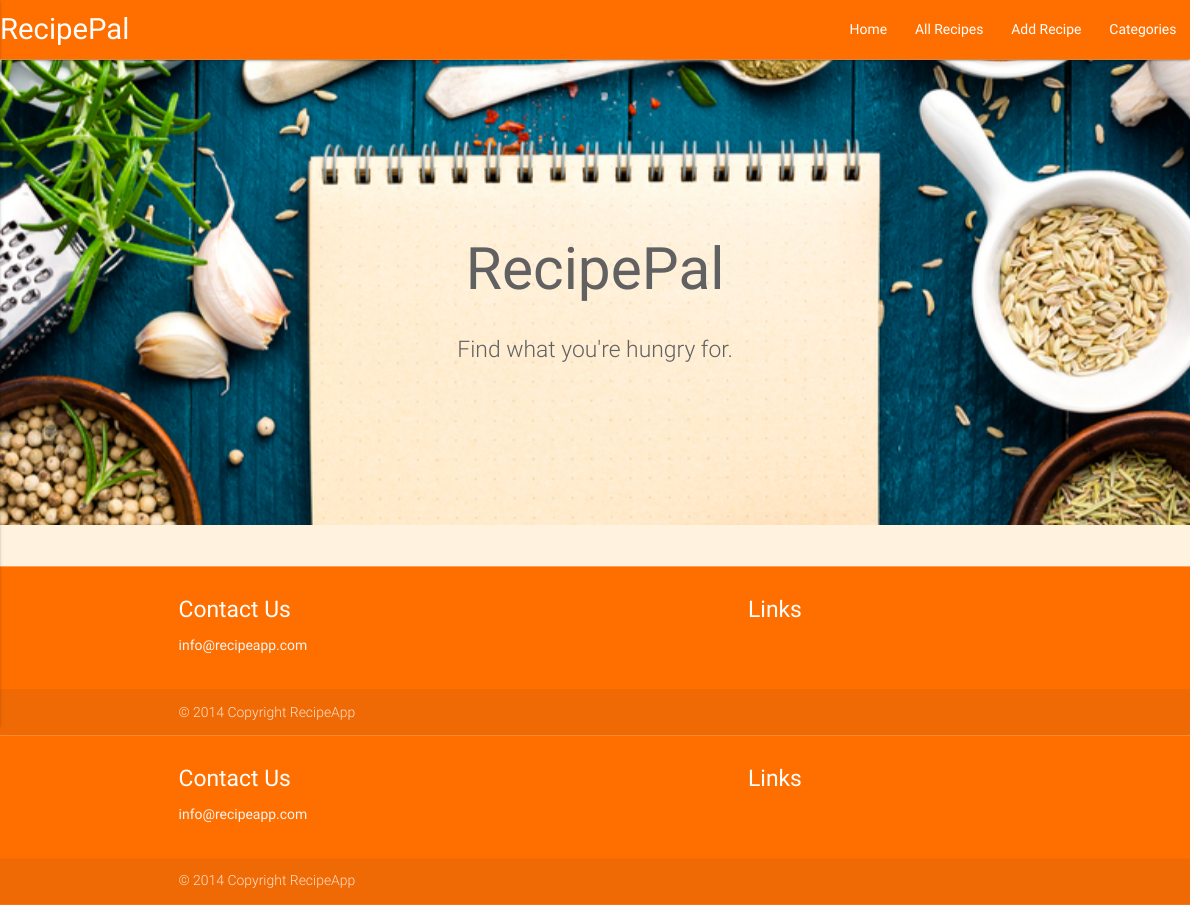
Repository: darhewitt/recipe-app-gp
Page: templates/recipes.html
The author's editor kept a record of every edit. The page is drawn from the files as they stood at one moment, then again after the next edit.
The browser window is 1280 px wide. The pictures show the whole page, at 93% of full size.
Some web libraries are served in a nearby version. The page is served by the project's application, run on Flask 3 (app.py). The template is opened directly, without the code that normally fills it, so the values that code supplies are empty.

Above is the page before.
Console error: ReferenceError: $ is not defined

### templates/recipes.html
{% extends 'base.html'%} {% block content %}


<div id="index-banner" class="parallax-container valign-wrapper">
  <div class="section no-pad-bot">
    <div class="container valign">
      <br><br>
      <h1 class="header center grey-text text-darken-2">RecipePal</h1>
      <div class="row center">
        <h5 class="header col s12 light grey-text text-darken-2">Find what you're hungry for.</h5>
      </div>
      <br><br>

    </div>
  </div>
  <div class="parallax"><img src="{{url_for('static', filename='images/cookbook.jpg')}}" alt="Unsplashed background img 2"></div>
</div>

<div class="container" id="startPosts">
  <br>
  <br> {% for recipe in recipes %}
  <div class="col s12 m7">
    <h2 class="header">{{recipe.recipe_name}}</h2>
    <div class="card horizontal">
      <div class="card-image">
        <a href="{{url_for( 'read_recipe', recipe_id=recipe._id)}}" class="collection-item black-text"><img src="{{recipe.image_link}}"></a>
      </div>
      <div class="card-stacked">
        <div class="card-content">
          <p>{{recipe.recipe_description}}</p>
        </div>
        <div class="card-action">
          <a href="{{url_for( 'read_recipe', recipe_id=recipe._id)}}" class="collection-item black-text">View Recipe</a>
        </div>
      </div>
    </div>
  </div>
  <br> {% endfor %}

  <div class="col s12 m10 offset-m1 l9 offset-l1 ">
  </div>
</div>
</div>

<footer class="page-footer amber darken-4">
  <div class="container">
    <div class="row">
      <div class="col l6 s12">
        <h5 class="white-text">Contact Us</h5>
        <p class="grey-text text-lighten-4">info@recipeapp.com</p>
      </div>
      <div class="col l4 offset-l2 s12">
        <h5 class="white-text">Links</h5>

      </div>
    </div>
  </div>
  <div class="footer-copyright">
    <div class="container">
      © 2014 Copyright RecipeApp
    </div>
  </div>
</footer>

<!--  Scripts-->

<script>
  $('.head-link').click(function(e) {
    e.preventDefault();

    var goto = $(this).attr('href');
    $('html, body').animate({
      scrollTop: $(goto).offset().top
    }, 800);
  });
</script>

{% endblock %}

### templates/base.html
<!DOCTYPE html>
<html>

<head>
    <link href="{{url_for('static', filename='css/style.css')}}" type="text/css" rel="stylesheet" media="screen,projection" />
    <link href="https://fonts.googleapis.com/icon?family=Material+Icons" rel="stylesheet">
    <link rel="stylesheet" href="https://cdnjs.cloudflare.com/ajax/libs/materialize/0.100.2/css/materialize.min.css">
</head>

<header>
    <nav class="amber darken-4">
        <div class="nav-wrapper">
            <a href="{{url_for('get_recipes')}}" class="brand-logo">RecipePal</a>
            <a href="" data-activates="mobile-demo" class="button-collapse"><i class="material-icons">menu</i></a>
            <ul id="nav-mobile" class="right hide-on-med-and-down">

                <li><a href="{{url_for('get_recipes')}}">Home</a></li>
                <li><a href="{{url_for('get_all_recipes')}}">All Recipes </a></li>
                <li><a href="{{url_for('add_recipe')}}">Add Recipe</a></li>
                <li><a href="{{url_for('get_categories')}} ">Categories</a></li>


            </ul>
            <ul class="side-nav" id="mobile-demo">
                <li><a href="{{url_for('get_recipes')}}">Home</a></li>
                <li><a href="{{url_for('get_all_recipes')}}">All Recipes </a></li>
                <li><a href="{{url_for('add_recipe')}}">Add Recipe</a></li>
                <li><a href="{{url_for('get_categories')}} ">Categories</a></li>

            </ul>
        </div>
    </nav>
</header>

<body>
    {% block content %} {% endblock %}
    <script src="https://cdnjs.cloudflare.com/ajax/libs/jquery/3.2.1/jquery.min.js "></script>
    <script src="https://cdnjs.cloudflare.com/ajax/libs/materialize/0.100.2/js/materialize.min.js "></script>
    <script type="text/javascript ">
        $(document).ready(function() {
            $('.collapsible').collapsible();
            $('select').material_select();
            $('.materialboxed').materialbox();
            $('.parallax').parallax();
            $(".button-collapse").sideNav();
        });
    </script>
</body>

<footer class="page-footer amber darken-4">
    <div class="container">
        <div class="row">
            <div class="col l6 s12">
                <h5 class="white-text">Contact Us</h5>
                <p class="grey-text text-lighten-4">info@recipeapp.com</p>
            </div>
            <div class="col l4 offset-l2 s12">
                <h5 class="white-text">Links</h5>

            </div>
        </div>
    </div>
    <div class="footer-copyright">
        <div class="container">
            © 2014 Copyright RecipeApp
        </div>
    </div>
</footer>

</html>

### app.py
import os
from flask import Flask, render_template, redirect, request, url_for
from flask_pymongo import PyMongo
from bson.objectid import ObjectId

app = Flask(__name__)
app.config["MONGO_DBNAME"] = 'recipes_app'
app.config["MONGO_URI"] = 'mongodb://dhewitt:Apple1991@myfirstcluster-shard-00-00-t0occ.mongodb.net:27017,myfirstcluster-shard-00-01-t0occ.mongodb.net:27017,myfirstcluster-shard-00-02-t0occ.mongodb.net:27017/recipes_app?ssl=true&replicaSet=myFirstCluster-shard-0&authSource=admin&retryWrites=true&w=majority'

mongo = PyMongo(app)


@app.route('/')
@app.route('/get_recipes')
def get_recipes():
    return render_template("recipes.html", recipes=mongo.db.recipes.find())

@app.route('/add_recipe')
def add_recipe():
    return render_template('addrecipe.html',
    cuisine=mongo.db.cuisine.find())

@app.route('/insert_recipe', methods=['POST'])
def insert_recipe():
    recipes = mongo.db.recipes
    recipes.insert_one(request.form.to_dict())
    return redirect(url_for('get_recipes'))

@app.route('/edit_recipe/<recipe_id>')
def edit_recipe(recipe_id):
    the_recipe = mongo.db.recipes.find_one({"_id": ObjectId(recipe_id)})
    all_cuisine = mongo.db.cuisine.find()
    return render_template('editrecipe.html', recipe=the_recipe, cuisine=all_cuisine)


if __name__ == '__main__':
    app.run(host=os.environ.get('IP'),
            port=int(os.environ.get('PORT')),
            debug=True)

### static/css/style.css
.edit-button {
    height: 24px;
    width: 90px;
    margin: 5px 5 px;
    padding: 0 0 5em;
}

.parallax-container {
    min-height: 300px;
    line-height: 0;
    height: auto;
    color: rgba(255, 255, 255, .9);
}

.parallax-container .section {
    width: 100%;
}

@media only screen and (max-width: 992px) {
    .parallax-container .section {
        position: absolute;
        top: 30%;
    }
    #index-banner .section {
        top: 10%;
    }
}

@media only screen and (max-width: 600px) {
    #index-banner .section {
        top: 0;
    }
}

.btn_small {
    height: 24px;
    width: 60px;
    line-height: 24px;
    margin: 5px 5px;
    padding: 0 0.5em;
}

.task_header {
    margin-top: 10px;
    margin-left: 30px;
}

.btn.btn_small {
    padding: 0 0 0;
}

.edit-button {
    margin-left: 50em;
}

.title {
    font-size: xx-large
}

body {
    background-color: #fff3e0;
}

After the next edit:
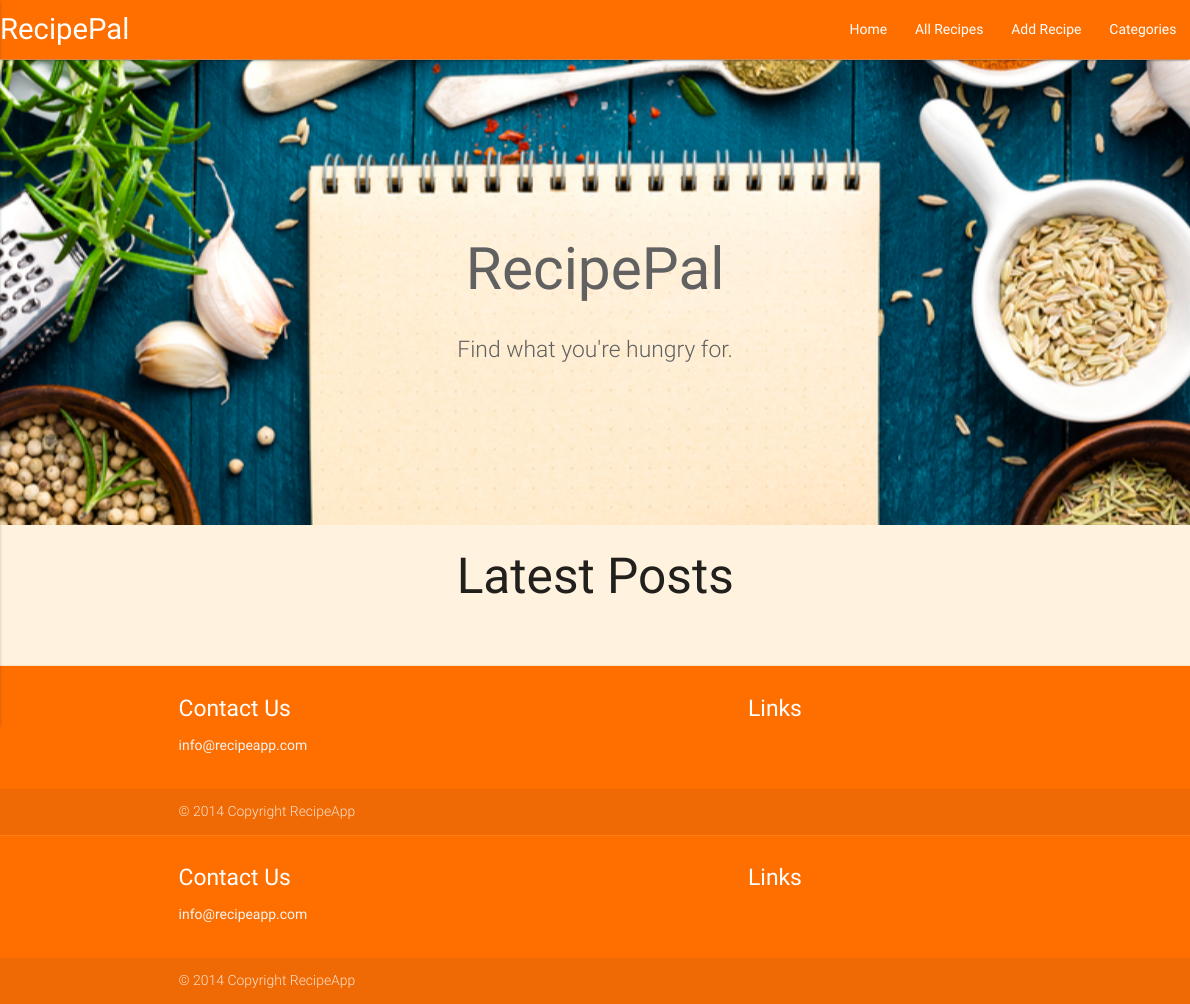
The edit:
--- a/templates/recipes.html
+++ b/templates/recipes.html
@@ -15,7 +15,9 @@
   </div>
   <div class="parallax"><img src="{{url_for('static', filename='images/cookbook.jpg')}}" alt="Unsplashed background img 2"></div>
 </div>
-
+<div class="container center">
+  <h2>Latest Posts</h2>
+</div>
 <div class="container" id="startPosts">
   <br>
   <br> {% for recipe in recipes %}
